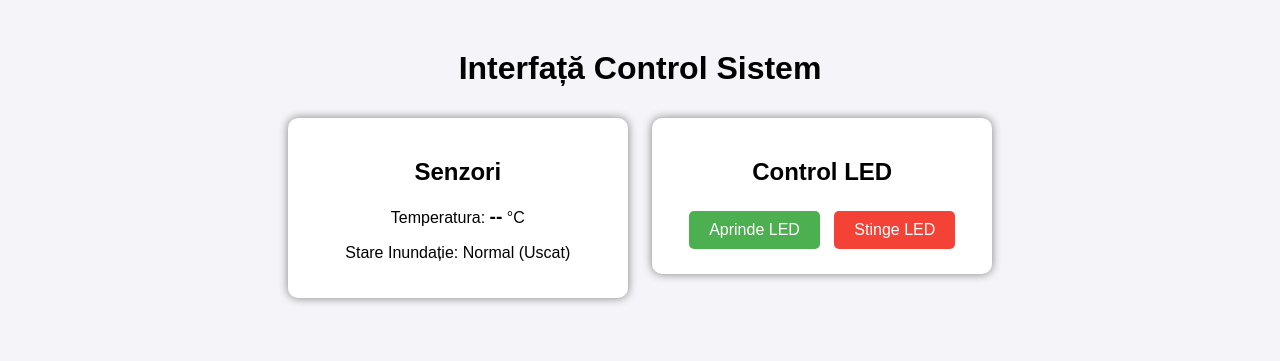
Repository: davidblg123/ProiectPSN
Page: http://localhost/
The author's editor kept a copy of each file at every save. The page is drawn from the files as they stood at one save, then again after the next save.
The browser window is 1280 px wide. The pictures show the whole page.
The page is served by the project's application, run on Flask 3 (main.py).

Above is the page before, as saved 2026-05-29 18:02:45.

### main.py
from flask import Flask, render_template, request, jsonify
import serial
import threading
import time

app = Flask(__name__)

# Configurare port serial (SCHIMBĂ COM3 CU PORTUL TĂU REAL, ex: 'COM4')
PORT_SERIAL = 'COM4'
BAUD_RATE = 9600

try:
    arduino = serial.Serial(PORT_SERIAL, BAUD_RATE, timeout=1)
    time.sleep(2) # Așteptăm puțin să se inițializeze conexiunea
except Exception as e:
    arduino = None
    print(f"Eroare: Nu m-am putut conecta la Arduino pe {PORT_SERIAL}. Detalii: {e}")

# Variabilă globală în care vom stoca ultimele date citite
date_senzori = {"temperatura": "--", "inundatie": "0"}

# Funcție care rulează în fundal și citește continuu de la Arduino
def citeste_serial():
    global date_senzori
    while True:
        if arduino and arduino.in_waiting > 0:
            try:
                linie = arduino.readline().decode('utf-8').strip()
                # Ne așteptăm la formatul "28.50;0"
                if ";" in linie:
                    parti = linie.split(";")
                    date_senzori["temperatura"] = parti[0]
                    date_senzori["inundatie"] = parti[1]
            except:
                pass
        time.sleep(0.1)

# Pornim citirea în fundal
thread = threading.Thread(target=citeste_serial, daemon=True)
thread.start()

@app.route('/')
def index():
    # Caută automat fișierul index.html în folderul "templates"
    return render_template('index.html')

@app.route('/api/date')
def get_date():
    # Trimite datele către pagina web sub formă de JSON
    return jsonify(date_senzori)

@app.route('/led/<actiune>')
def control_led(actiune):
    # Trimite comenzi către Arduino
    if arduino:
        if actiune == 'on':
            arduino.write(b'A')
        elif actiune == 'off':
            arduino.write(b'S')
    return jsonify({"status": "ok"})

if __name__ == '__main__':
    app.run(debug=True, use_reloader=False, port=5000)

### templates/index.html
<!DOCTYPE html>
<html lang="ro">
<head>
    <meta charset="UTF-8">
    <title>Sistem Control Sincretic</title>
    <style>
        body { font-family: Arial, sans-serif; text-align: center; margin-top: 50px; background-color: #f4f4f9;}
        .card { background: white; padding: 20px; border-radius: 10px; box-shadow: 0px 0px 10px gray; display: inline-block; margin: 10px; width: 300px; vertical-align: top;}
        .alerta { color: red; font-weight: bold; }
        button { padding: 10px 20px; font-size: 16px; margin: 5px; cursor: pointer; border: none; border-radius: 5px;}
        .btn-on { background-color: #4CAF50; color: white; }
        .btn-off { background-color: #f44336; color: white; }
        .btn-on:hover { background-color: #45a049; }
        .btn-off:hover { background-color: #da190b; }
    </style>
</head>
<body>

    <h1>Interfață Control Sistem</h1>

    <div class="card">
        <h2>Senzori</h2>
        <p>Temperatura: <span id="tempValue" style="font-weight: bold; font-size: 1.2em;">--</span> °C</p>
        <p>Stare Inundație: <span id="floodValue">Verificare...</span></p>
    </div>

    <div class="card">
        <h2>Control LED</h2>
        <button class="btn-on" onclick="schimbaLed('on')">Aprinde LED</button>
        <button class="btn-off" onclick="schimbaLed('off')">Stinge LED</button>
    </div>

    <script>
        // Funcție pentru actualizarea senzorilor asincron
        function actualizeazaDate() {
            fetch('/api/date')
                .then(response => response.json())
                .then(data => {
                    document.getElementById('tempValue').innerText = data.temperatura;

                    let floodSpan = document.getElementById('floodValue');
                    if(data.inundatie === "1") {
                        floodSpan.innerText = "ALARMĂ INUNDAȚIE!";
                        floodSpan.className = "alerta";
                    } else {
                        floodSpan.innerText = "Normal (Uscat)";
                        floodSpan.className = "";
                    }
                })
                .catch(error => console.error('Eroare la citirea datelor:', error));
        }

        // Funcție pentru controlul LED-ului din interfață
        function schimbaLed(actiune) {
            fetch('/led/' + actiune)
                .catch(error => console.error('Eroare la comanda LED:', error));
        }

        // Actualizăm datele senzorilor la fiecare 1 secundă (1000 ms)
        setInterval(actualizeazaDate, 1000);

        // Apelăm funcția o dată la început pentru a nu aștepta o secundă
        actualizeazaDate();
    </script>
</body>
</html>

After the next save:
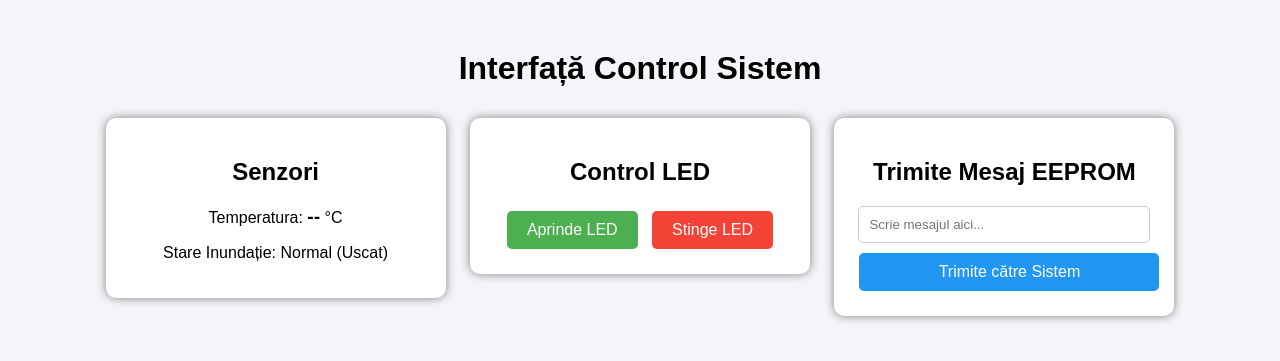
Saved 15 min 19 s later.
--- a/templates/index.html
+++ b/templates/index.html
@@ -10,8 +10,8 @@
         button { padding: 10px 20px; font-size: 16px; margin: 5px; cursor: pointer; border: none; border-radius: 5px;}
         .btn-on { background-color: #4CAF50; color: white; }
         .btn-off { background-color: #f44336; color: white; }
-        .btn-on:hover { background-color: #45a049; }
-        .btn-off:hover { background-color: #da190b; }
+        .btn-msg { background-color: #2196F3; color: white; width: 100%; margin-top: 10px;}
+        input[type="text"] { padding: 10px; width: 90%; border-radius: 5px; border: 1px solid #ccc;}
     </style>
 </head>
 <body>
@@ -30,14 +30,18 @@
         <button class="btn-off" onclick="schimbaLed('off')">Stinge LED</button>
     </div>
 
+    <div class="card">
+        <h2>Trimite Mesaj EEPROM</h2>
+        <input type="text" id="inputMesaj" placeholder="Scrie mesajul aici..." maxlength="28">
+        <button class="btn-msg" onclick="trimiteMesajul()">Trimite către Sistem</button>
+    </div>
+
     <script>
-        // Funcție pentru actualizarea senzorilor asincron
         function actualizeazaDate() {
             fetch('/api/date')
                 .then(response => response.json())
                 .then(data => {
                     document.getElementById('tempValue').innerText = data.temperatura;
-
                     let floodSpan = document.getElementById('floodValue');
                     if(data.inundatie === "1") {
                         floodSpan.innerText = "ALARMĂ INUNDAȚIE!";
@@ -47,19 +51,38 @@
                         floodSpan.className = "";
                     }
                 })
-                .catch(error => console.error('Eroare la citirea datelor:', error));
+                .catch(error => console.error('Eroare:', error));
         }
 
-        // Funcție pentru controlul LED-ului din interfață
         function schimbaLed(actiune) {
-            fetch('/led/' + actiune)
-                .catch(error => console.error('Eroare la comanda LED:', error));
+            fetch('/led/' + actiune);
         }
 
-        // Actualizăm datele senzorilor la fiecare 1 secundă (1000 ms)
+        // Funcția nouă care trimite textul scris către Python
+        function trimiteMesajul() {
+            let casutaText = document.getElementById('inputMesaj');
+            let textTrimis = casutaText.value;
+
+            if (textTrimis.trim() === "") {
+                alert("Te rog scrie un mesaj!");
+                return;
+            }
+
+            fetch('/api/mesaj', {
+                method: 'POST',
+                headers: { 'Content-Type': 'application/json' },
+                body: JSON.stringify({ text: textTrimis })
+            })
+            .then(response => response.json())
+            .then(data => {
+                if(data.status === "succes") {
+                    alert("Mesajul a fost trimis cu succes către Arduino!");
+                    casutaText.value = ""; // Golește căsuța după trimitere
+                }
+            });
+        }
+
         setInterval(actualizeazaDate, 1000);
-
-        // Apelăm funcția o dată la început pentru a nu aștepta o secundă
         actualizeazaDate();
     </script>
 </body>
